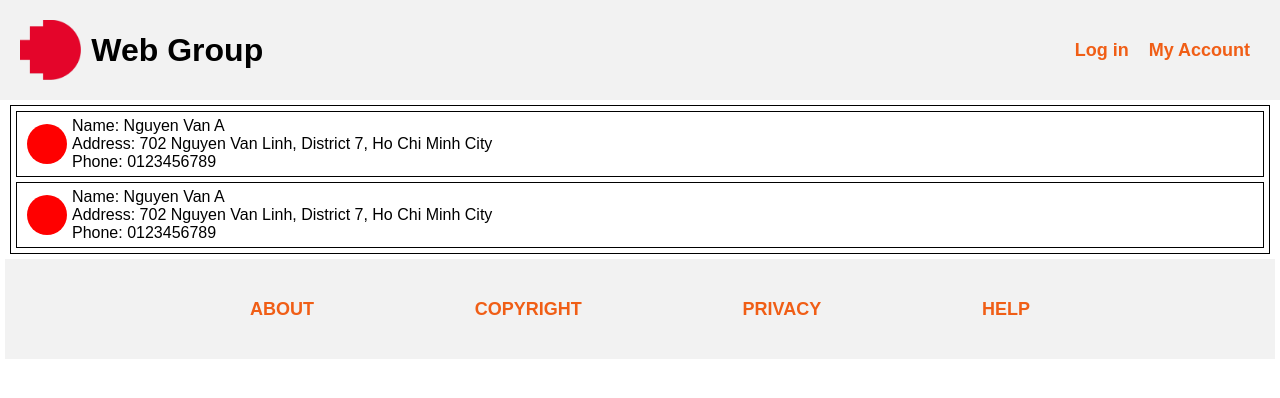
Repository: quynguyn/shoopingweb
Page: shipper.html
These files come from the project's save history. The page is drawn as it stood at one moment and after a run of saves; the edit follows.
The browser window is 1280 px wide. The pictures show the whole page.

Above is the page before, as saved 2023-05-04 17:13:40.

### shipper.html
<!DOCTYPE html>
<html lang="en">

<head>
	<meta charset="UTF-8">
	<meta http-equiv="X-UA-Compatible" content="IE=edge">
	<meta name="viewport" content="width=device-width, initial-scale=1.0">
	<title>Shipper</title>
	<link rel="stylesheet" href="Asset/CSS/style.css">
	<link rel="stylesheet" href="Asset/CSS/shipper.css">
	<script src="Asset/JS/shipper.js"></script>
</head>

<body>
	<!-- Header of the page -->
	<header>
		<div class="logo">
			<img src="logo.png" alt="Web Group Logo">
			<h1>Web Group</h1>
		</div>
		<nav>
			<ul>
				<li><a href="#">Log in</a></li>
				<li><a href="#">My Account</a></li>
			</ul>
		</nav>
	</header>
	<div class="main-container">
		<div class="orders-container">
			<div class="order" onclick="popupFunction(event)">
				<div class="activity">
					<svg height="50" width="50">
						<circle cx="25" cy="25" r="20" fill="red" />
					</svg>
				</div>

				<div class="information-container">
					<div class="information">
						<pre>Name: </pre>
						<p class="name">Nguyen Van A</p>
					</div>

					<div class="information">
						<pre>Address: </pre>
						<p class="name">702 Nguyen Van Linh, District 7, Ho Chi Minh City</p>
					</div>

					<div class="information">
						<pre>Phone: </pre>
						<p class="name">0123456789</p>
					</div>
				</div>

				<div class="popupText">

				</div>
			</div>

			<div class="order"  onclick="popupFunction(event)">
				<div class="activity">
					<svg height="50" width="50">
						<circle cx="25" cy="25" r="20" fill="red" />
					</svg>
				</div>

				<div class="information-container">
					<div class="information">
						<pre>Name: </pre>
						<p class="name">Nguyen Van A</p>
					</div>

					<div class="information">
						<pre>Address: </pre>
						<p class="name">702 Nguyen Van Linh, District 7, Ho Chi Minh City</p>
					</div>

					<div class="information">
						<pre>Phone: </pre>
						<p class="name">0123456789</p>
					</div>
				</div>

				<div class="popupText">That's what I'm talking about!</div>
			</div>

			<div id="info-popup" onclick="closeModal(event)">
				<div class="body"></div>
			</div>
		</div>
		<!-- Footer of the page -->
		<footer>
			<div class="footer-links">
				<a href="#">About</a>
				<a href="#">Copyright</a>
				<a href="#">Privacy</a>
				<a href="#">Help</a>
			</div>
		</footer>

</body>

</html>

### Asset/CSS/style.css
/* Reset CSS */
:root {
    --main-color: #F58216;
    --primary-color: #ffb347;
    --secondary-color: #f05e16;
    --white-color: #f2f2f2;
    /* change the name */
}

/* Reset CSS  */
* {
    padding: 0;
    margin: 0;
    box-sizing: border-box;
    text-decoration: none;
    font-family: Arial, Helvetica, sans-serif;
}

/* Header CSS */
header {
    height: 100px;
    background-color:var(--white-color);
    display: flex;
    justify-content: space-between;
    align-items: center;
    padding: 0 20px;
  }

  .logo {
    display: flex;
    align-items: center;
  }

  .logo img {
    height: 60px;
    margin-right: 10px;
  }

  nav ul {
    display: flex;
    list-style: none;
    margin: 0;
    padding: 0;


  }

  nav ul li {
    margin: 0 10px;
  }

  nav ul li a {
    text-decoration: none;
    font-size: 18px;
    font-weight: bold;
    color: var(--secondary-color);
  }

  /* Footer css */
  footer {
    height: 100px;
    background-color: var(--white-color);
    display: flex;
    justify-content: center;
    align-items: center;
    color: var(--white-color);
  }

  footer div {
    display: flex;
    justify-content: space-between;
    width: 80%;
    max-width: 800px;
  }

  footer div a {
    color: var(--secondary-color);
    text-decoration: none;
    margin: 0 10px;
    text-transform: uppercase;
    font-weight: bold;
    font-size: large;
  }

### Asset/CSS/shipper.css
.main-container {
	margin: 5px;
}

.orders-container {
	margin: 5px;
	border: 1px solid black;
}

.order {
	margin: 5px;
	border: 1px solid black;
	padding: 5px;
	display: flex;
	flex-direction: row;
	align-items: center;
}

.activity {
	width: 50px;
	height: 50px;
}

.information {
	display: flex;
	flex-direction: row;
	align-items: center;
}

#info-popup {
	z-index: 1;
	display: none;
	position: fixed;
	top: 0;
	left: 0;
	width: 100vw;
	height: 100vh;
}

#info-popup .body {
	width: 400px;
	background: #F7BE6D;
	border: 1px solid #F05E16;
	padding: 15px 25px;
}

.info-popup-data {
	display: flex !important;
	justify-content: center;
	align-items: center;
	background: rgba(0, 0, 0, 0.7);
}

.popupText {
	display: none;
}

### Asset/JS/shipper.js
const $ = document.querySelector.bind(document);
const mdl = $('#info-popup');

function popupFunction(e) {
  const targ = e.target;
  const prnt = targ.closest('div.order');
  const chldn = prnt.childNodes;
  console.log(chldn);
  const txt = [...chldn].filter((d) => d.className === 'popupText');
  const msg = txt[0].innerText;
  $('#info-popup .body').innerText = msg;
  $('#info-popup').classList.add('info-popup-data');
}
function closeModal(e){
  e.target.classList.remove('info-popup-data');
}

After the next 2 saves:
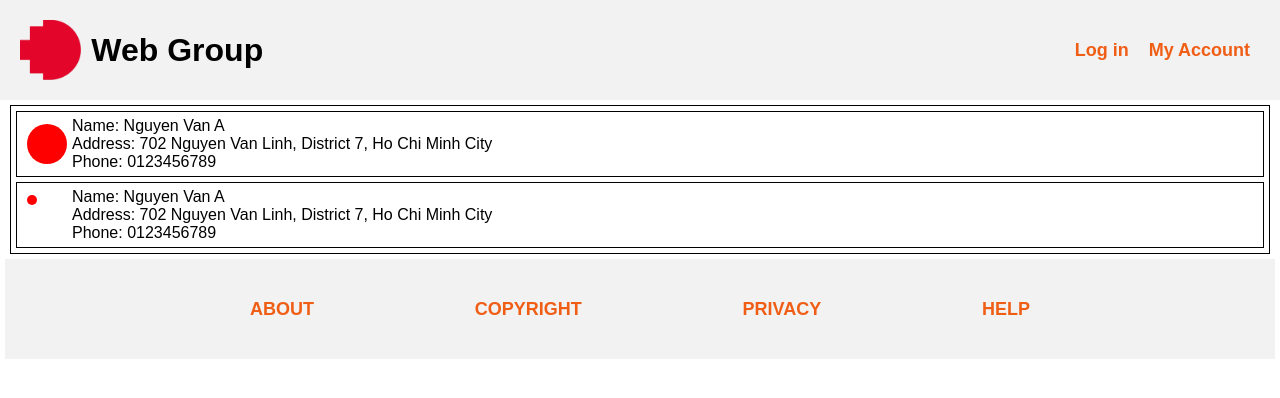
The 2 saves are shown as one change because they came seconds apart.
The last was saved 7 min 41 s later.
--- a/shipper.html
+++ b/shipper.html
@@ -59,7 +59,7 @@
 			<div class="order"  onclick="popupFunction(event)">
 				<div class="activity">
 					<svg height="50" width="50">
-						<circle cx="25" cy="25" r="20" fill="red" />
+						<circle cx="10" cy="10" r="5" fill="red" />
 					</svg>
 				</div>
 
